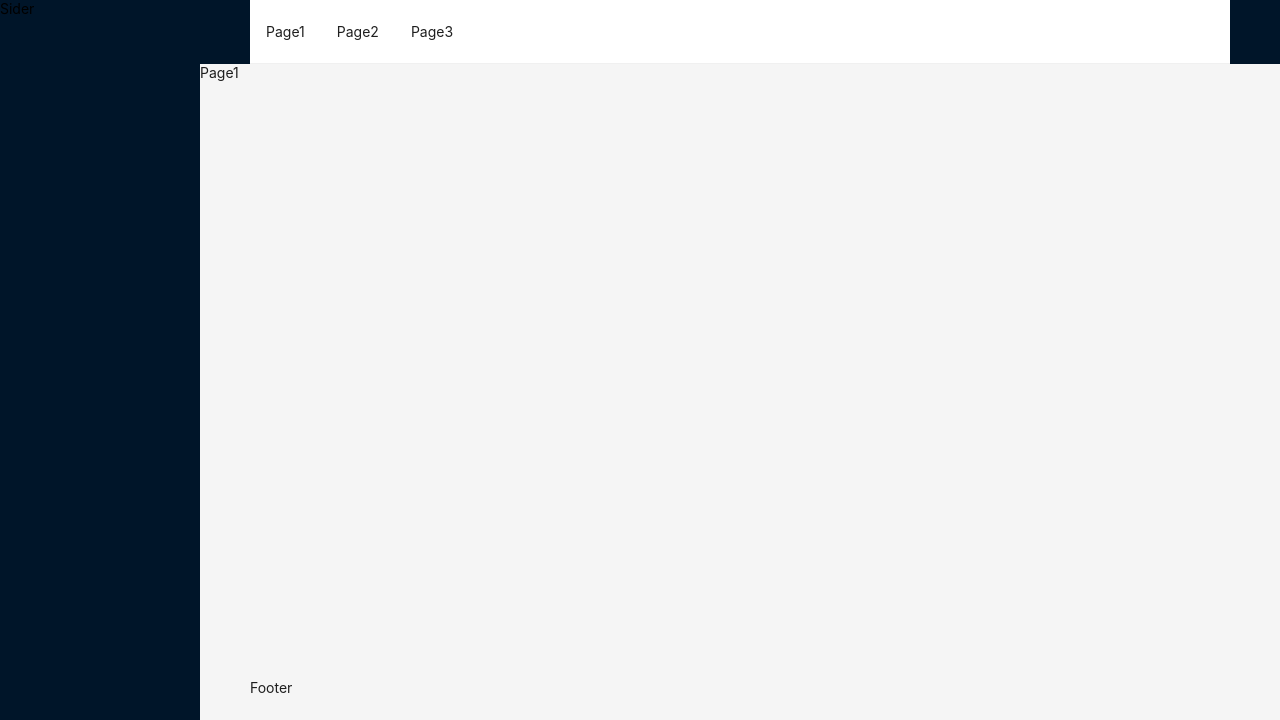
Repository: BESTETURKMEN/e-commerce
Page: /
An editor plug-in stored every save of this project. The page is shown before and after the next save, followed by the edit.
The browser window is 1280 px wide. The pictures show the whole page.
The project was rebuilt for these pictures with package versions that can differ from the ones it lists, and the page was loaded fresh each time. Also part of the build but not shown: webpack.config.js, src/pages/page2.jsx, src/pages/page3.jsx.

Above is the page before, as saved 2023-08-21 10:04:37.

### public/index.html
<!DOCTYPE html>
<html lang="en">
  <head>
    <meta charset="utf-8" />

    <meta name="viewport" content="width=device-width, initial-scale=1" />
    <meta name="theme-color" content="#000000" />
    <meta
      name="description"
      content="Web site created using create-react-app"
    />
    <link rel="apple-touch-icn" href="" />

    <title>React App</title>
  </head>
  <body>
    <noscript>You need to enable JavaScript to run this app.</noscript>
    <div id="root"></div>
  </body>
</html>

### src/index.js
import React from "react";
import ReactDOM from "react-dom/client";

import { HashRouter } from "react-router-dom";

import reportWebVitals from "./reportWebVitals";
import RouteWrapper from "./config/routeWrapper";

const root = ReactDOM.createRoot(document.getElementById("root"));
root.render(
  <React.StrictMode>
    <HashRouter>
      <RouteWrapper />
    </HashRouter>
  </React.StrictMode>
);

// If you want to start measuring performance in your app, pass a function
// to log results (for example: reportWebVitals(console.log))
// or send to an analytics endpoint. Learn more: https://bit.ly/CRA-vitals
reportWebVitals();

### src/config/routeWrapper.jsx
import React from "react";
import { Route, Routes } from "react-router";

import Index from "../layout";
import Page1 from "../pages/page1";
import Page2 from "../pages/page2";
import Page3 from "../pages/page3";

export default function RouteWrapper() {
  return (
    <div>
      <Routes>
        <Route element={<Index />}>
          <Route path="/" element={<Page1 />} />
          <Route path="/Page2" element={<Page2 />} />
          <Route path="/Page3" element={<Page3 />} />
        </Route>
      </Routes>
    </div>
  );
}

### src/layout/index.jsx
import React from "react";
import { Outlet } from "react-router";
import { Layout } from "antd";

import Footer from "./footer";
import Header from "./header";

import "./layout.scss";
import Sider from "./sider";

export default function Index() {
  return (
    <div className="layout">
      <Layout>
        <Layout.Sider>
          <Sider />
        </Layout.Sider>
        <Layout>
          <Layout.Header>
            <Header />
          </Layout.Header>
          <Layout.Content className="content">
            <Outlet />
          </Layout.Content>
          <Layout.Footer>
            <Footer />
          </Layout.Footer>
        </Layout>
      </Layout>
    </div>
  );
}

### src/pages/page1.jsx
import React from "react";

export default function Page1() {
  return <div>Page1</div>;
}

### src/layout/header.jsx
import { Menu } from "antd";
import React from "react";
import { Link } from "react-router-dom";
import "./layout.scss";

export default function Header() {
  const menu = [
    {
      key: "1",
      label: "Page1",
      path: "/",
    },
    {
      key: "2",
      label: "Page2",
      path: "/Page2",
    },
    {
      key: "3",
      label: "Page3",
      path: "/Page3",
    },
  ];
  return (
    <div className="header">
      <div className="menuLine">
        <Menu mode="horizontal">
          {menu.map((item) => (
            <Menu.Item key={item.key}>
              <Link to={item.path}>{item.label}</Link>
            </Menu.Item>
          ))}
        </Menu>
      </div>
    </div>
  );
}

### src/layout/layout.scss
* {
  margin: 0;
  padding: 0;
  box-sizing: border-box;
}

.layout {
  .ant-layout {
    height: 100vh;
    .header {
      .ant-layout-header {
        background-color: antiquewhite !important;
      }
    }
  }
}

### src/layout/sider.jsx
import React from "react";

export default function Sider() {
  return <div>Sider</div>;
}

Loaded but not shown: src/reportWebVitals.js (common file); src/layout/footer.jsx (common file)

After the next save:
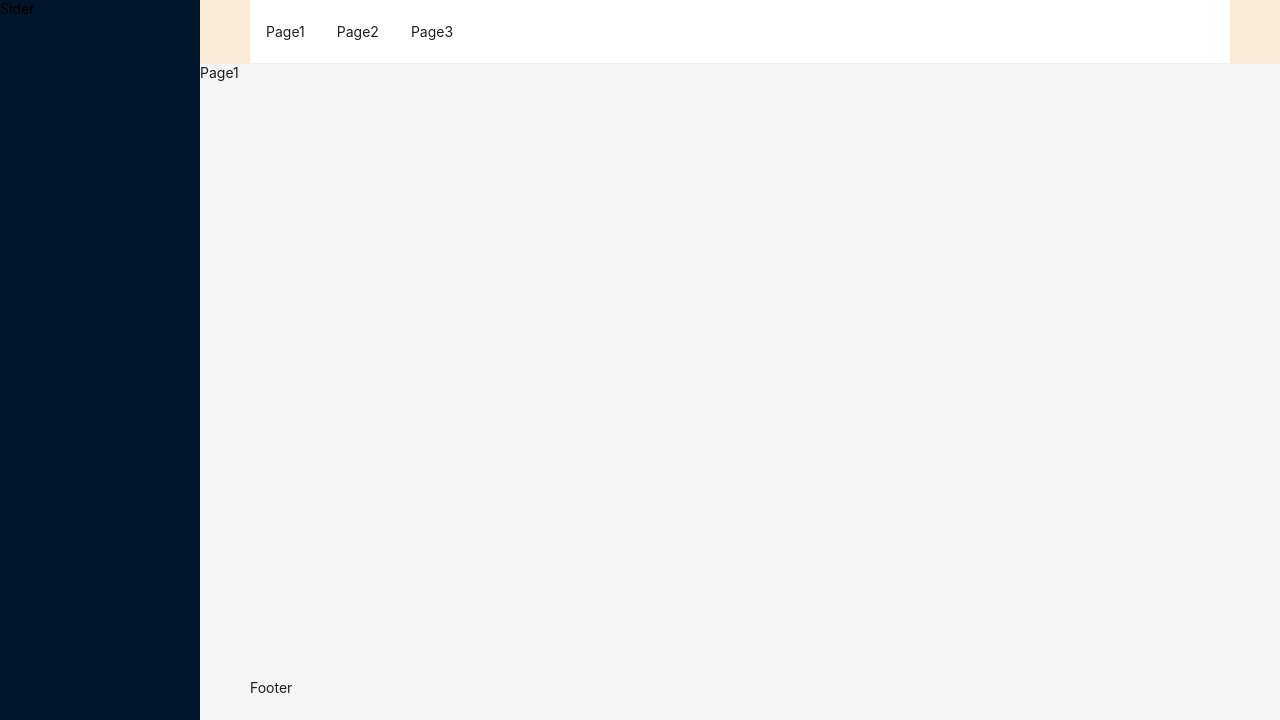
Saved 2 min 12 s later.
--- a/src/layout/layout.scss
+++ b/src/layout/layout.scss
@@ -7,10 +7,9 @@
 .layout {
   .ant-layout {
     height: 100vh;
-    .header {
-      .ant-layout-header {
-        background-color: antiquewhite !important;
-      }
+
+    .ant-layout-header {
+      background-color: antiquewhite !important;
     }
   }
 }
